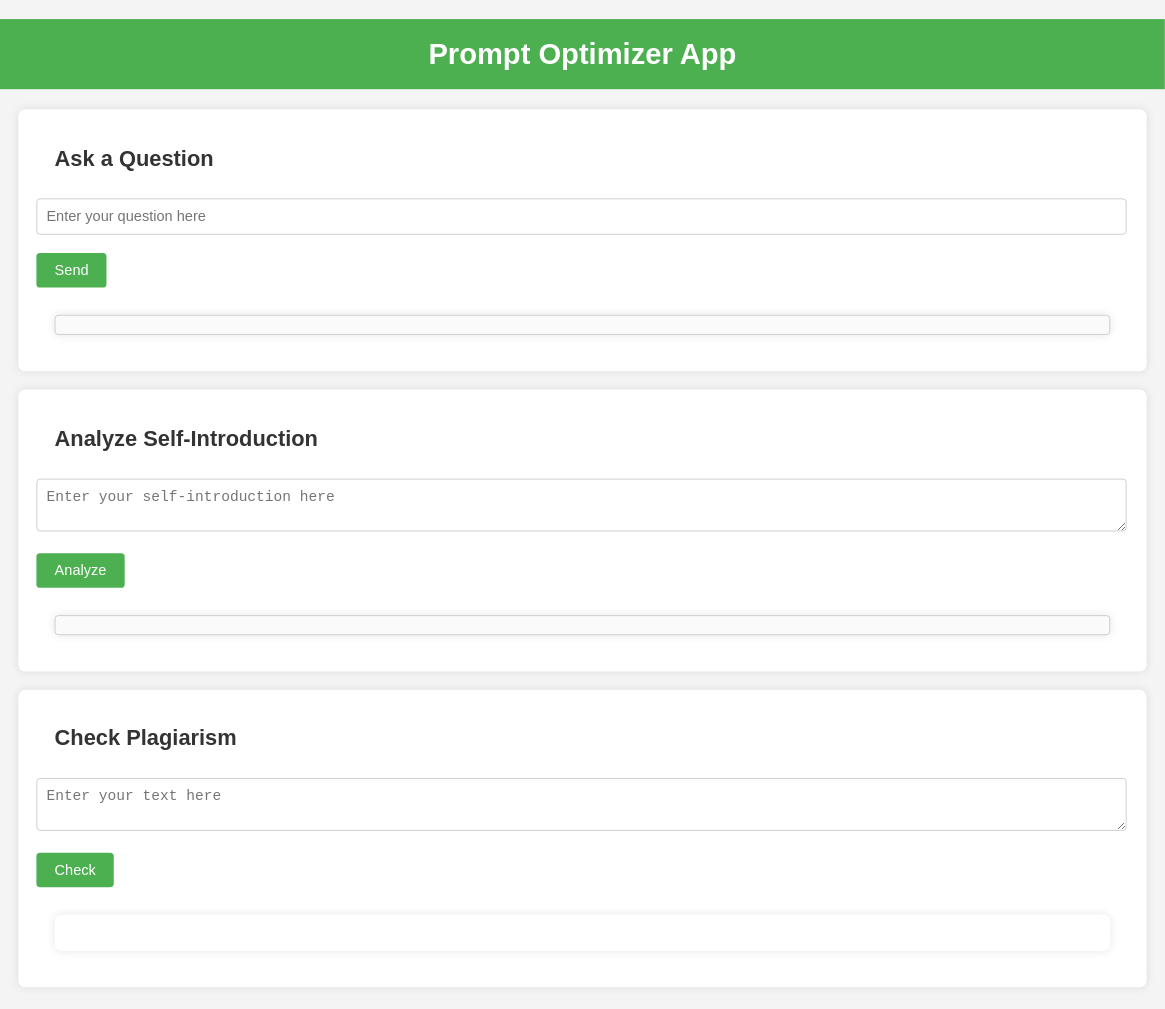
Repository: Choi9912/Flask_IntroduceGPT
Page: http://localhost/
An editor plug-in stored every save of this project. The page is shown before and after the next save, followed by the edit.
The browser window is 1280 px wide. The pictures show the whole page, at 91% of full size.
The page is served by the project's application, run on Flask 3 (app.py).

Above is the page before, as saved 2024-07-26 12:42:17.

After the next save:
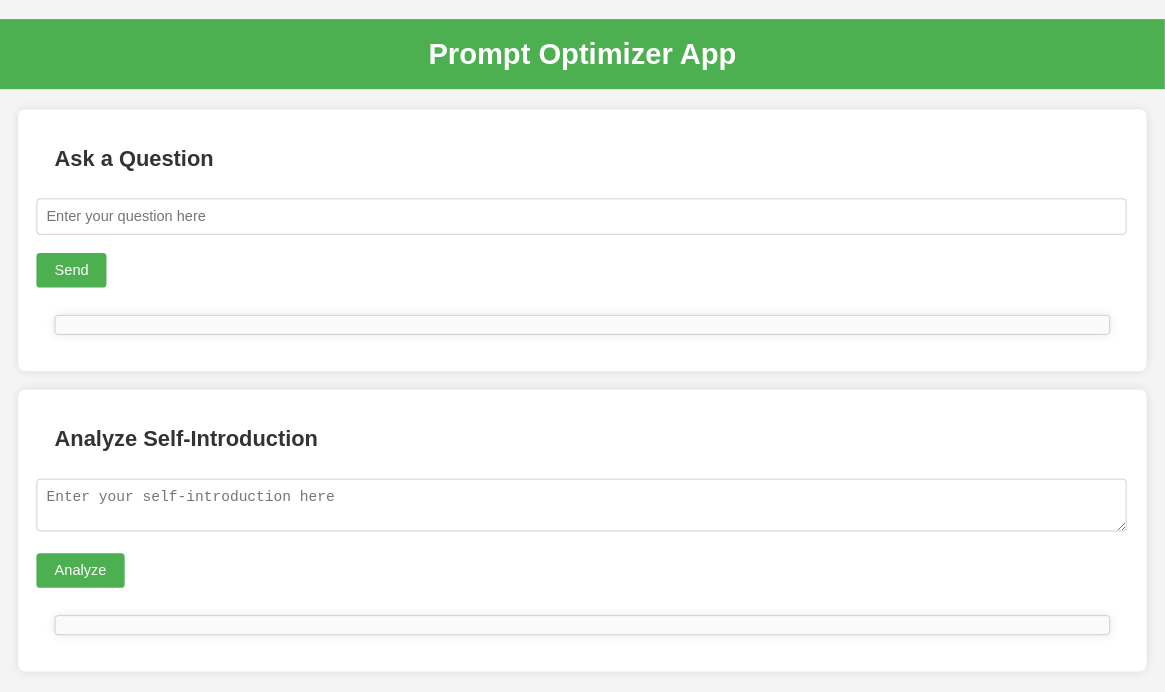
Console error: TypeError: Cannot read properties of null (reading 'addEventListener')
Saved 3 s later.
--- a/templates/index.html
+++ b/templates/index.html
@@ -19,12 +19,6 @@
         <button id="analyzeBtn">Analyze</button>
         <div id="analysis"></div>
     </div>
-    <div>
-        <h2>Check Plagiarism</h2>
-        <textarea id="plagiarismText" placeholder="Enter your text here"></textarea>
-        <button id="plagiarismBtn">Check</button>
-        <div id="plagiarismResult"></div>
-    </div>
     <script src="{{ url_for('static', filename='script.js') }}"></script>
 </body>
 </html>
